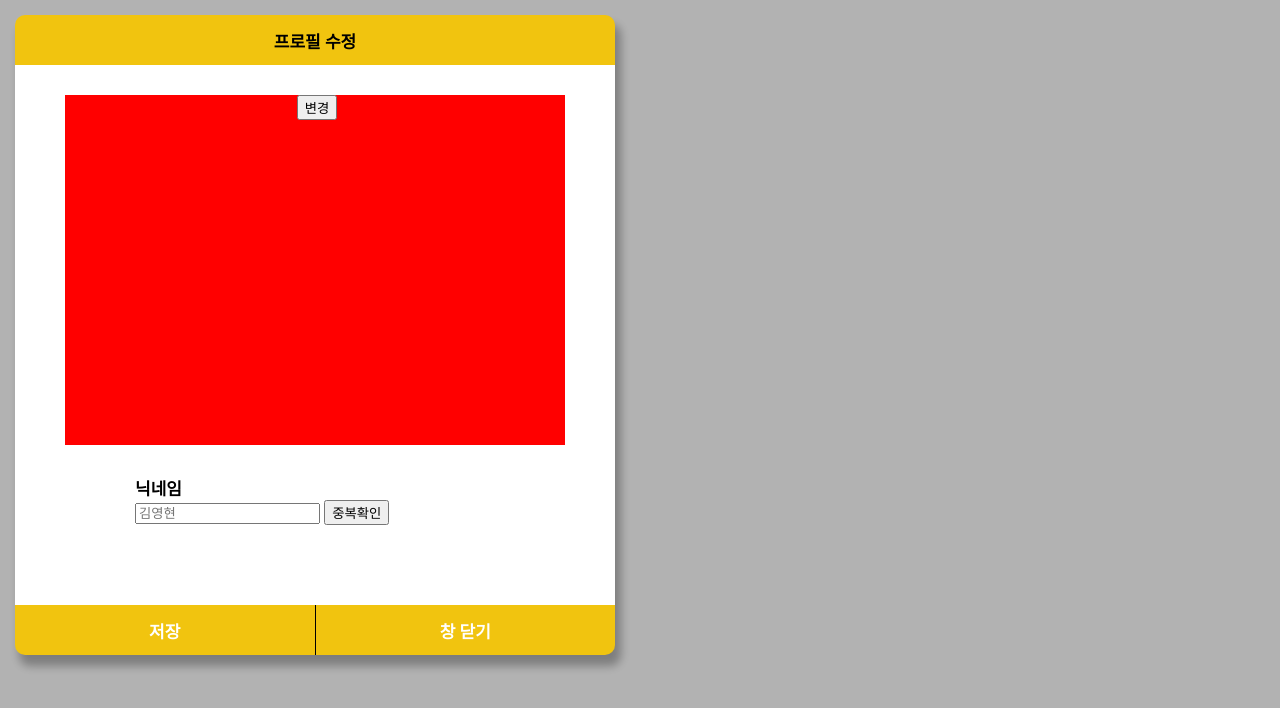
Repository: Corn-Market/Front-end
Page: http://localhost/CornMarket/resources/views/popup_profile_update.jsp
The author's editor kept a copy of each file at every save. The page is drawn from the files as they stood at one save, then again after the next save.
The browser window is 1280 px wide. The pictures show the whole page.
The page is served by Tomcat 9.

Above is the page before, as saved 2022-12-19 06:19:46.

After the next save:
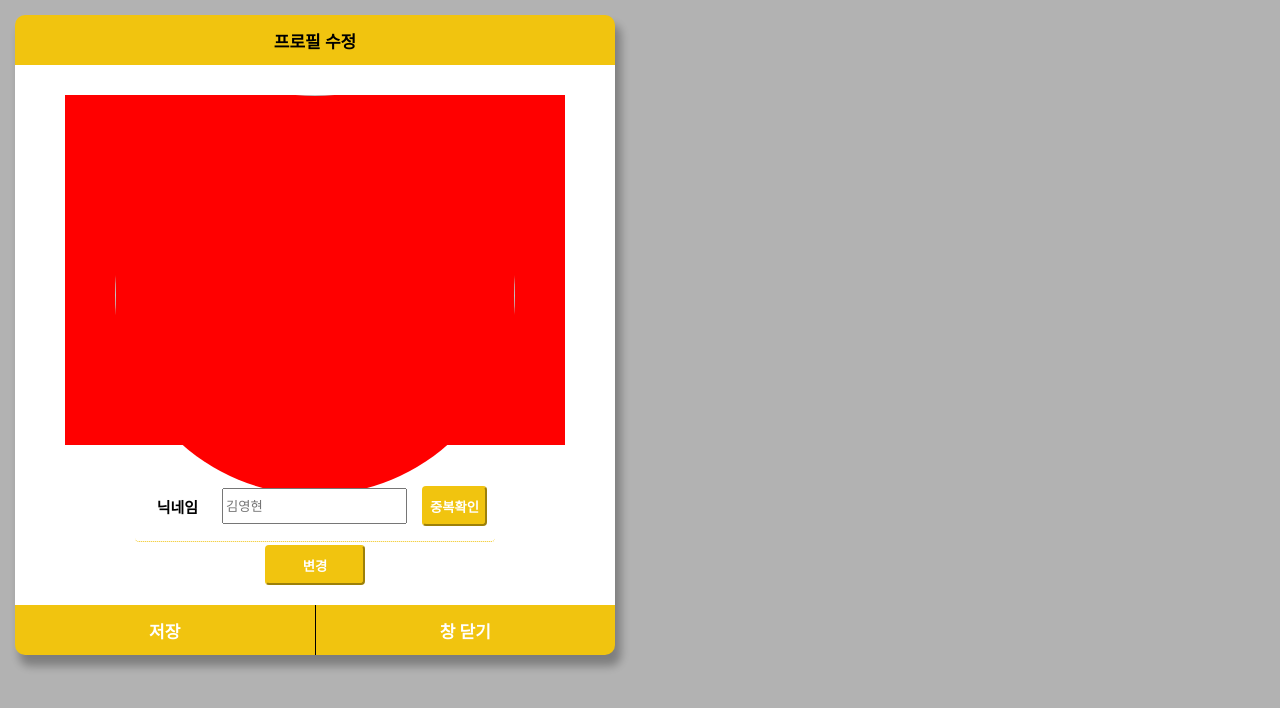
Saved 43 s later.
--- a/CornMarket/src/main/webapp/resources/views/popup_profile_update.jsp
+++ b/CornMarket/src/main/webapp/resources/views/popup_profile_update.jsp
@@ -8,6 +8,7 @@
 <meta charset="EUC-KR">
 <title>Insert title here</title>
 <link rel="stylesheet" href="${path}/resources/css/popup_mytown.css"/>
+<link rel="stylesheet" href="${path}/resources/css/profile_update.css"/>
 <script src="https://ajax.googleapis.com/ajax/libs/jquery/3.5.1/jquery.min.js"></script><script src="https://ajax.googleapis.com/ajax/libs/jquery/3.5.1/jquery.min.js"></script>
 </head>
 <body>
